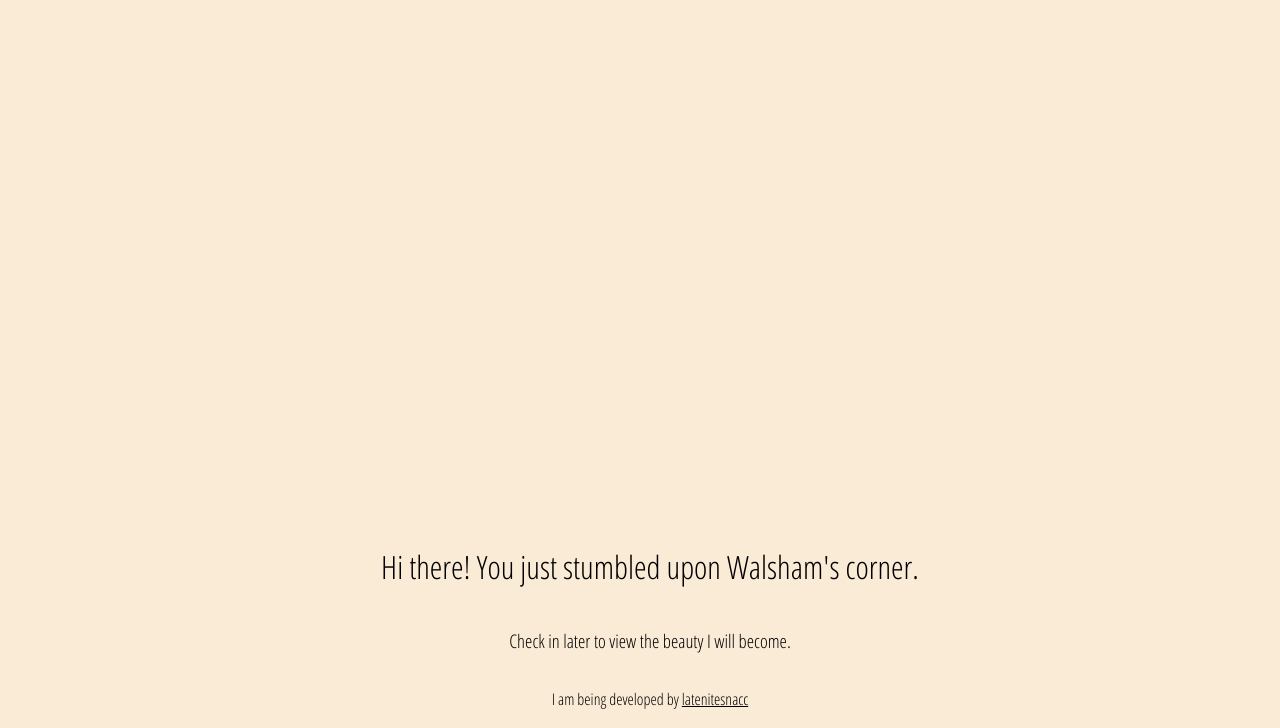
Repository: latenightsnacc/Coming-Soon-Pages
Page: index.html
An editor plug-in stored every save of this project. The page is shown before and after the next save, followed by the edit.
The browser window is 1280 px wide. The pictures show the whole page.

Above is the page before, as saved 2020-10-13 15:58:58.

After the next save:
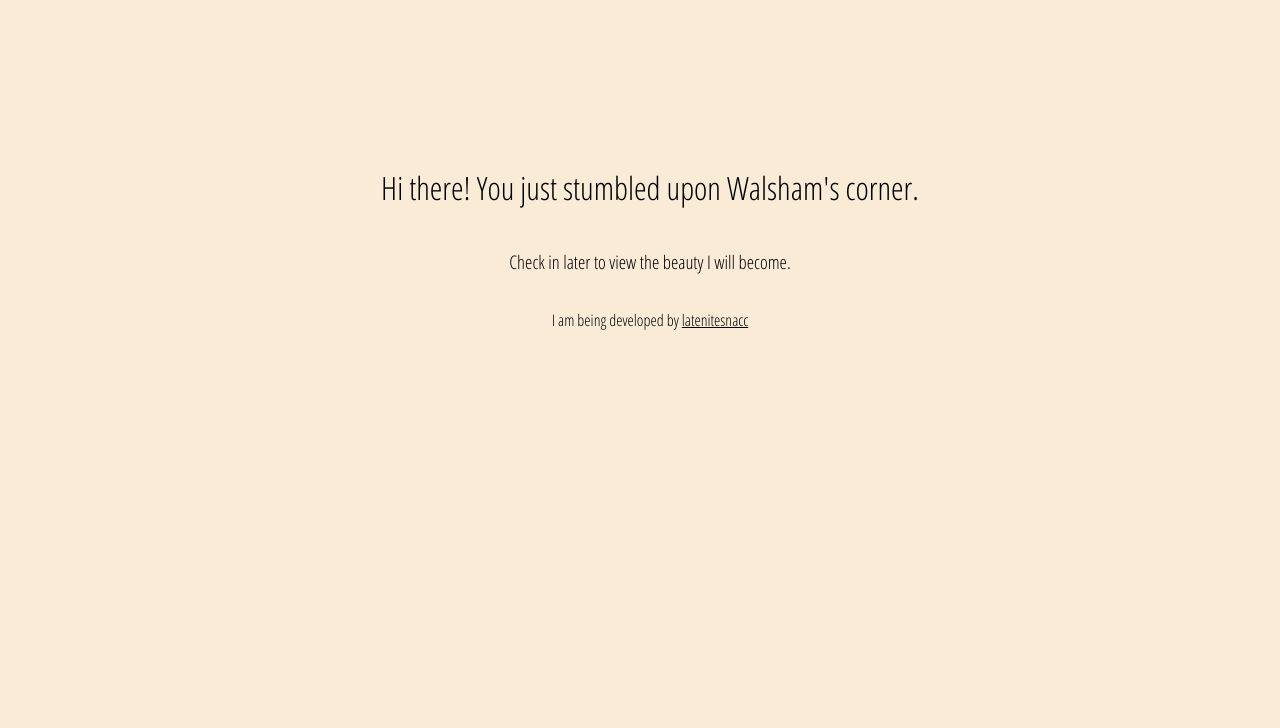
Saved 8 s later.
--- a/index.html
+++ b/index.html
@@ -15,7 +15,7 @@
             display: flex;
             flex-direction: column;
             align-items: center;
-            margin-top: 40%;
+            margin-top: 10%;
             padding: 10px;
             width: 100%;
             height: 100%;
